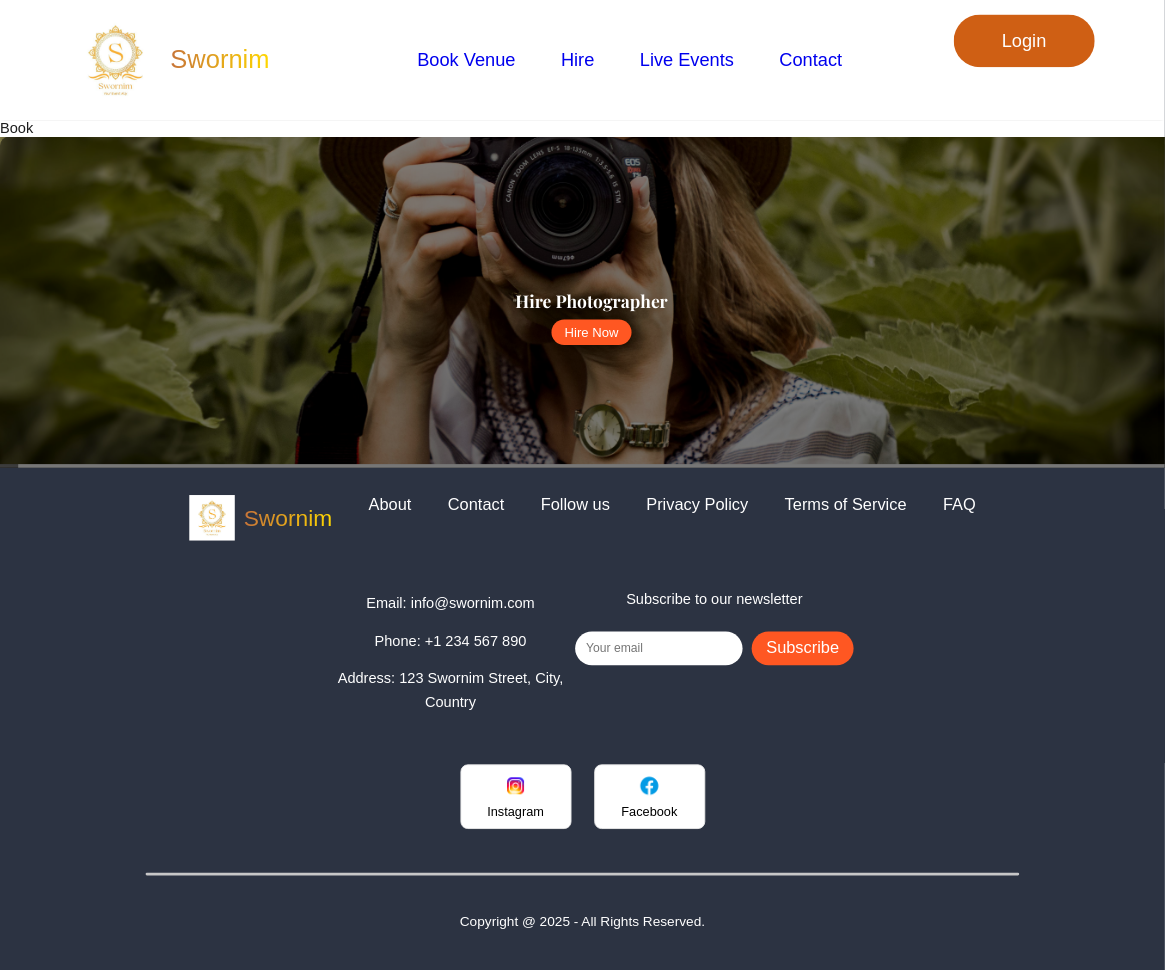
Repository: leonischu/Swornim
Page: / (app in frontend/)
An editor plug-in stored every save of this project. The page is shown before and after the next save, followed by the edit.
The browser window is 1280 px wide. The pictures show the whole page, at 91% of full size.
Pictures or frames that could not be fetched are drawn as grey boxes. The project was rebuilt for these pictures with package versions that can differ from the ones it lists, and the page was loaded fresh each time. Also part of the build but not shown: frontend/src/App.css, frontend/src/Pages/Contact.jsx, frontend/src/Pages/LoginSignup.jsx.

Above is the page before, as saved 2025-06-01 18:31:58.

After the next save:
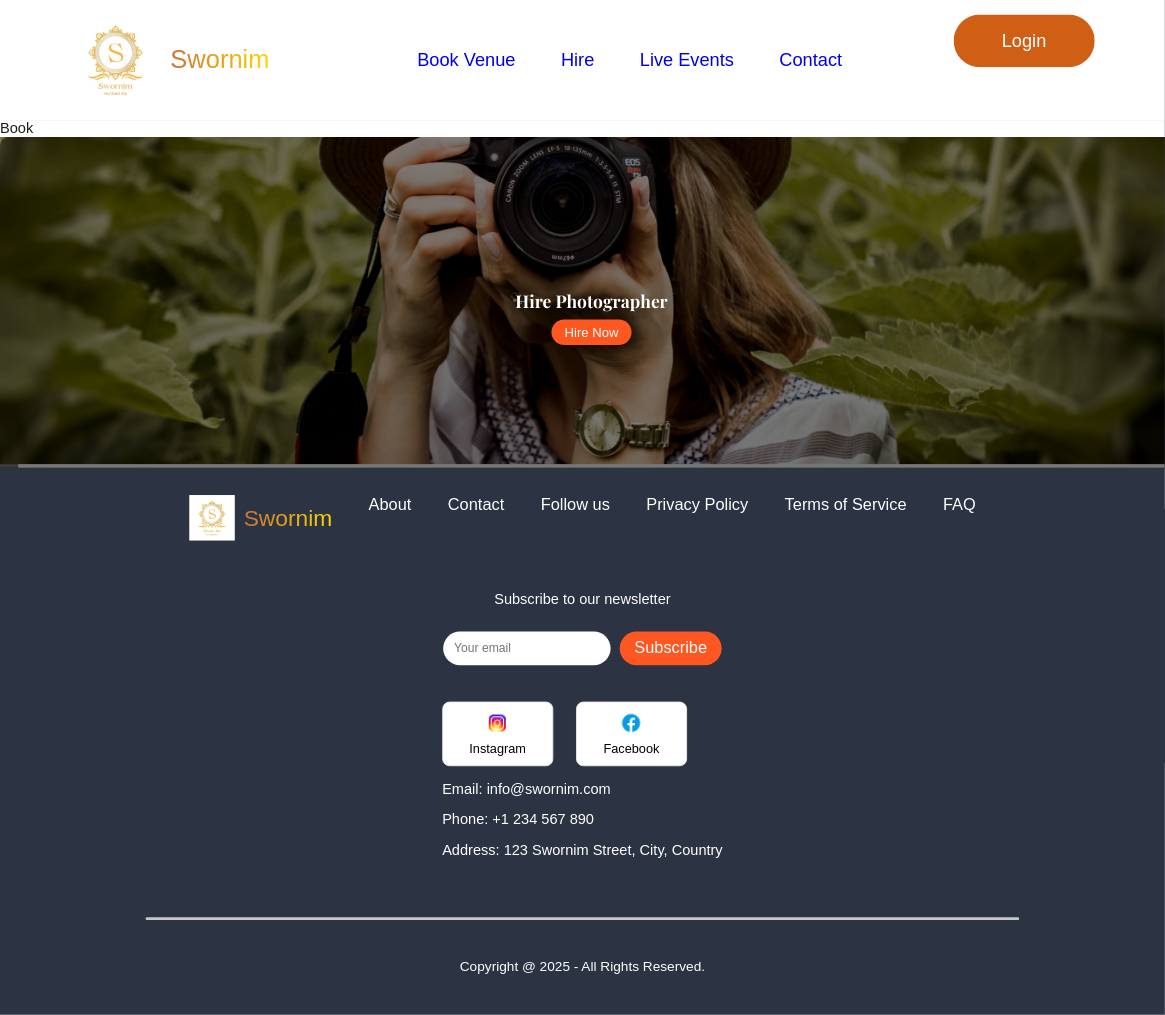
Saved 3 min 40 s later.
--- a/frontend/src/Components/Footer/Footer.jsx
+++ b/frontend/src/Components/Footer/Footer.jsx
@@ -8,7 +8,7 @@ export const Footer = () => {
   return (
     <div className='footer'>
 
-      {/* Top Section with Logo, Links, Contact, Newsletter */}
+      {/* Top Section with Logo, Links, Newsletter */}
       <div className='footer-top'>
 
         {/* Logo */}
@@ -27,13 +27,6 @@ export const Footer = () => {
           <li>FAQ</li>
         </ul>
 
-        {/* Contact Info */}
-        <div className="footer-contact-info">
-          <p>Email: info@swornim.com</p>
-          <p>Phone: +1 234 567 890</p>
-          <p>Address: 123 Swornim Street, City, Country</p>
-        </div>
-
         {/* Newsletter */}
         <div className="footer-newsletter">
           <p>Subscribe to our newsletter</p>
@@ -45,26 +38,37 @@ export const Footer = () => {
 
       </div>
 
-      {/* Social Icons */}
-      <div className='footer-social-icon'>
-        <a
-          href="https://instagram.com"
-          target="_blank"
-          rel="noopener noreferrer"
-          className='footer-icons-container'
-        >
-          <img src={instagram_icon} alt="Instagram" />
-          <span>Instagram</span>
-        </a>
-        <a
-          href="https://facebook.com"
-          target="_blank"
-          rel="noopener noreferrer"
-          className='footer-icons-container'
-        >
-          <img src={facebook_icon} alt="Facebook" />
-          <span>Facebook</span>
-        </a>
+      {/* Bottom Section with Social Icons and Contact Info */}
+      <div className="footer-bottom">
+
+        {/* Social Icons */}
+        <div className='footer-social-icon'>
+          <a
+            href="https://instagram.com"
+            target="_blank"
+            rel="noopener noreferrer"
+            className='footer-icons-container'
+          >
+            <img src={instagram_icon} alt="Instagram" />
+            <span>Instagram</span>
+          </a>
+          <a
+            href="https://facebook.com"
+            target="_blank"
+            rel="noopener noreferrer"
+            className='footer-icons-container'
+          >
+            <img src={facebook_icon} alt="Facebook" />
+            <span>Facebook</span>
+          </a>
+        </div>
+
+        {/* Contact Info in one line */}
+        <div className="footer-contact-info-inline">
+          <p>Email: info@swornim.com</p>
+          <p>Phone: +1 234 567 890</p>
+          <p>Address: 123 Swornim Street, City, Country</p>
+        </div>
       </div>
 
       {/* Copyright */}
